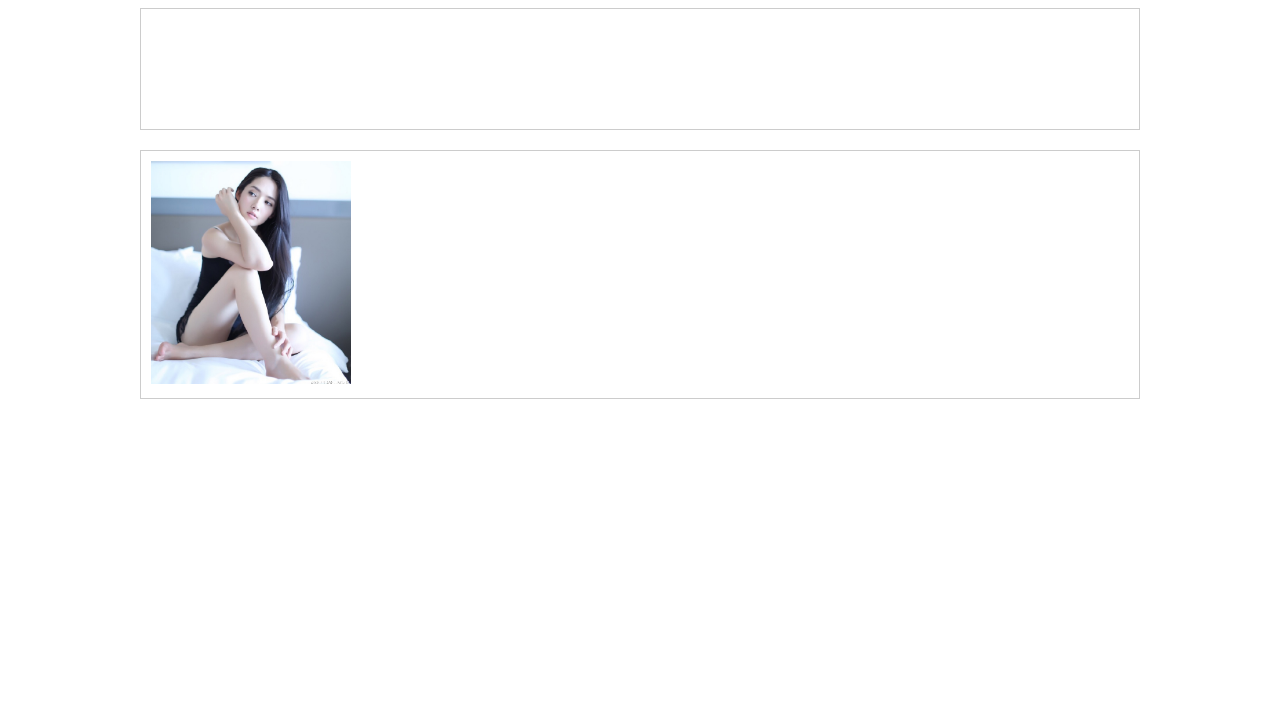
Repository: cw19931024/Demo
Page: drap.html
These files come from the project's save history. The page is drawn as it stood at one moment and after the next save; the edit follows.
The browser window is 1280 px wide. The pictures show the whole page.

Above is the page before, as saved 2017-07-26 16:26:13.

### drap.html
<!DOCTYPE html>
<html lang="en">

<head>
    <title></title>
    <meta charset="UTF-8">
    <meta name="viewport" content="width=device-width, initial-scale=1">
    <style>
        #container {
            width: 1000px;
            margin: 0 auto;
        }

        #content {
            min-height: 100px;
            border: 1px solid #ccc;
            padding: 10px;
        }

        #input {
            border: 1px solid #ccc;
            min-height: 100px;
            margin-top: 20px;
            padding: 10px;
        }
    </style>
</head>

<body>
    <div id='container'>
        <div id='content' ondragover='ovDragOver' ondrop="drop()"></div>
        <div id='input'>
            <div>
                <img src="img/gbt_1.jpg" alt="" draggable="true" width="200">
            </div>
        </div>
    </div>
</body>
<script>
    function ovDragOver(e) {
        e.preventDefault();
    }

    function drop(ev) {
        ev.preventDefault();
        var data = ev.dataTransfer.getData("Text");
        ev.target.appendChild(document.getElementById('content'));
    }
</script>

</html>

After the next save:
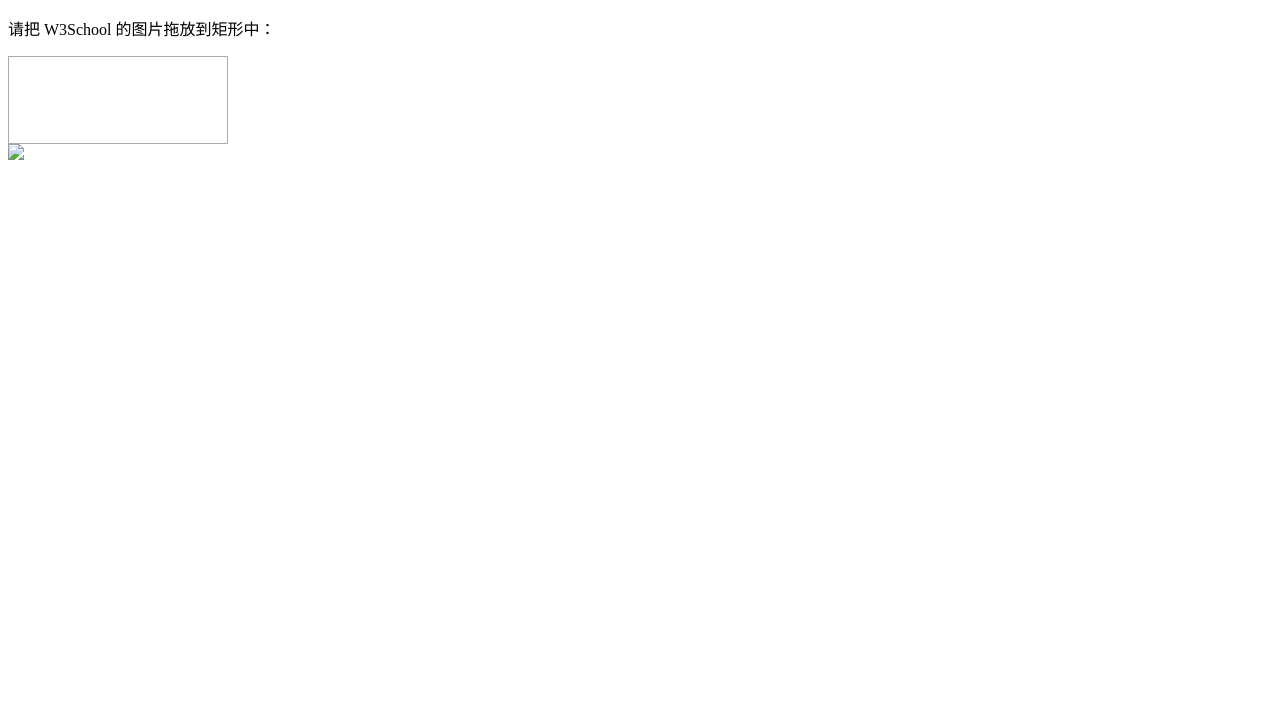
Not found: i/eg_dragdrop_w3school.gif
Saved 67 s later.
--- a/drap.html
+++ b/drap.html
@@ -1,51 +1,35 @@
-<!DOCTYPE html>
-<html lang="en">
+<!DOCTYPE HTML>
+<html>
 
 <head>
-    <title></title>
-    <meta charset="UTF-8">
-    <meta name="viewport" content="width=device-width, initial-scale=1">
-    <style>
-        #container {
-            width: 1000px;
-            margin: 0 auto;
+    <style type="text/css">
+        #div1 {
+            width: 198px;
+            height: 66px;
+            padding: 10px;
+            border: 1px solid #aaaaaa;
+        }
+    </style>
+    <script type="text/javascript">
+        function allowDrop(ev) {
+            ev.preventDefault();
         }
 
-        #content {
-            min-height: 100px;
-            border: 1px solid #ccc;
-            padding: 10px;
+        function drag(ev) {
+            ev.dataTransfer.setData("Text", ev.target.id);
         }
 
-        #input {
-            border: 1px solid #ccc;
-            min-height: 100px;
-            margin-top: 20px;
-            padding: 10px;
+        function drop(ev) {
+            ev.preventDefault();
+            var data = ev.dataTransfer.getData("Text");
+            ev.target.appendChild(document.getElementById(data));
         }
-    </style>
+    </script>
 </head>
-
 <body>
-    <div id='container'>
-        <div id='content' ondragover='ovDragOver' ondrop="drop()"></div>
-        <div id='input'>
-            <div>
-                <img src="img/gbt_1.jpg" alt="" draggable="true" width="200">
-            </div>
-        </div>
-    </div>
+    <p>请把 W3School 的图片拖放到矩形中：</p>
+    <div id="div1" ondrop="drop(event)" ondragover="allowDrop(event)"></div>
+    <img id="drag1" src="/i/eg_dragdrop_w3school.gif" draggable="true" ondragstart="drag(event)" />
 </body>
-<script>
-    function ovDragOver(e) {
-        e.preventDefault();
-    }
-
-    function drop(ev) {
-        ev.preventDefault();
-        var data = ev.dataTransfer.getData("Text");
-        ev.target.appendChild(document.getElementById('content'));
-    }
-</script>
 
 </html>

After the save that followed:
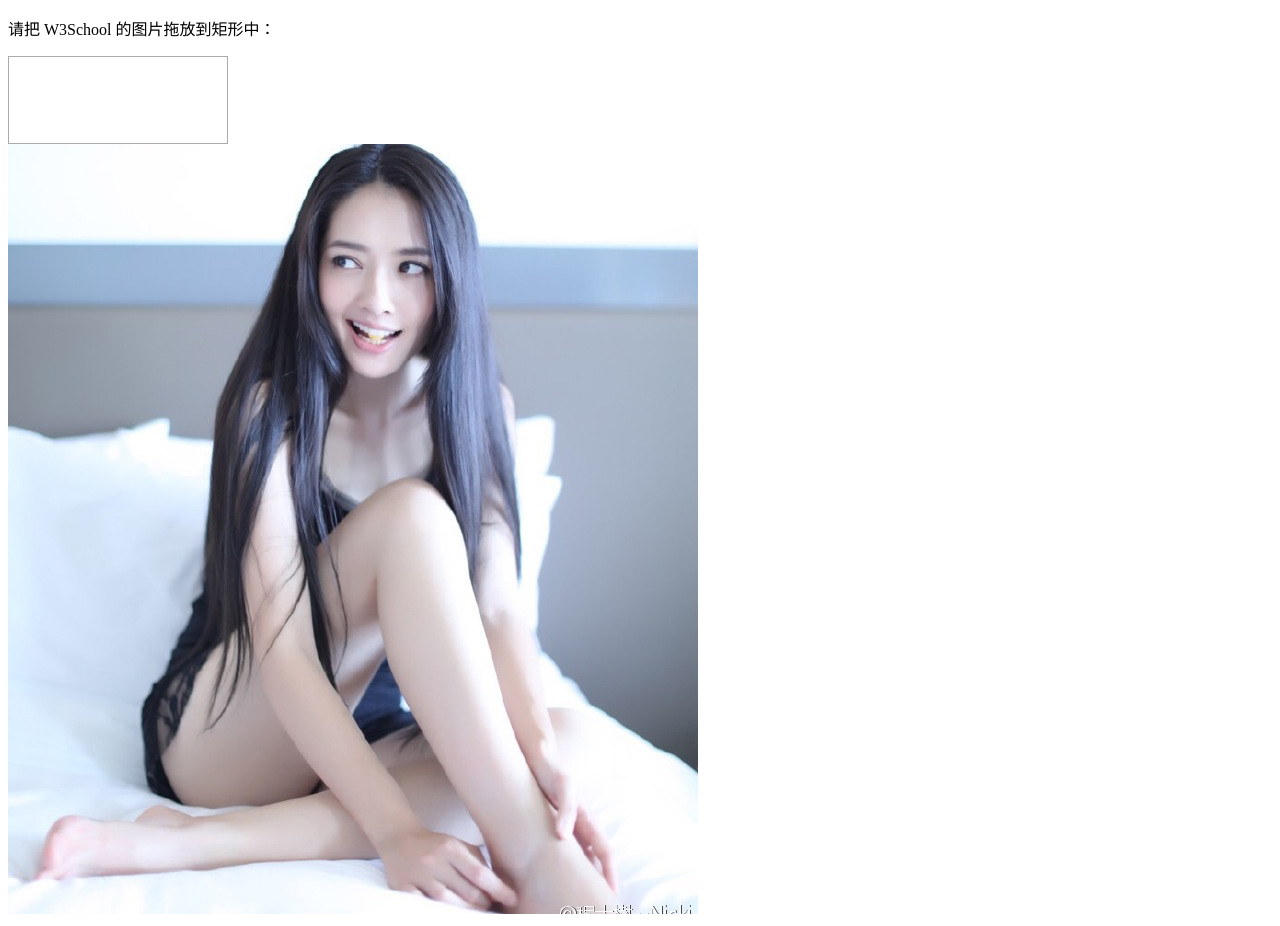
Saved 25 s later.
--- a/drap.html
+++ b/drap.html
@@ -29,7 +29,7 @@
 <body>
     <p>请把 W3School 的图片拖放到矩形中：</p>
     <div id="div1" ondrop="drop(event)" ondragover="allowDrop(event)"></div>
-    <img id="drag1" src="/i/eg_dragdrop_w3school.gif" draggable="true" ondragstart="drag(event)" />
+    <img id="drag1" src="img/gbt_2.jpg" draggable="true" ondragstart="drag(event)" />
 </body>
 
 </html>
